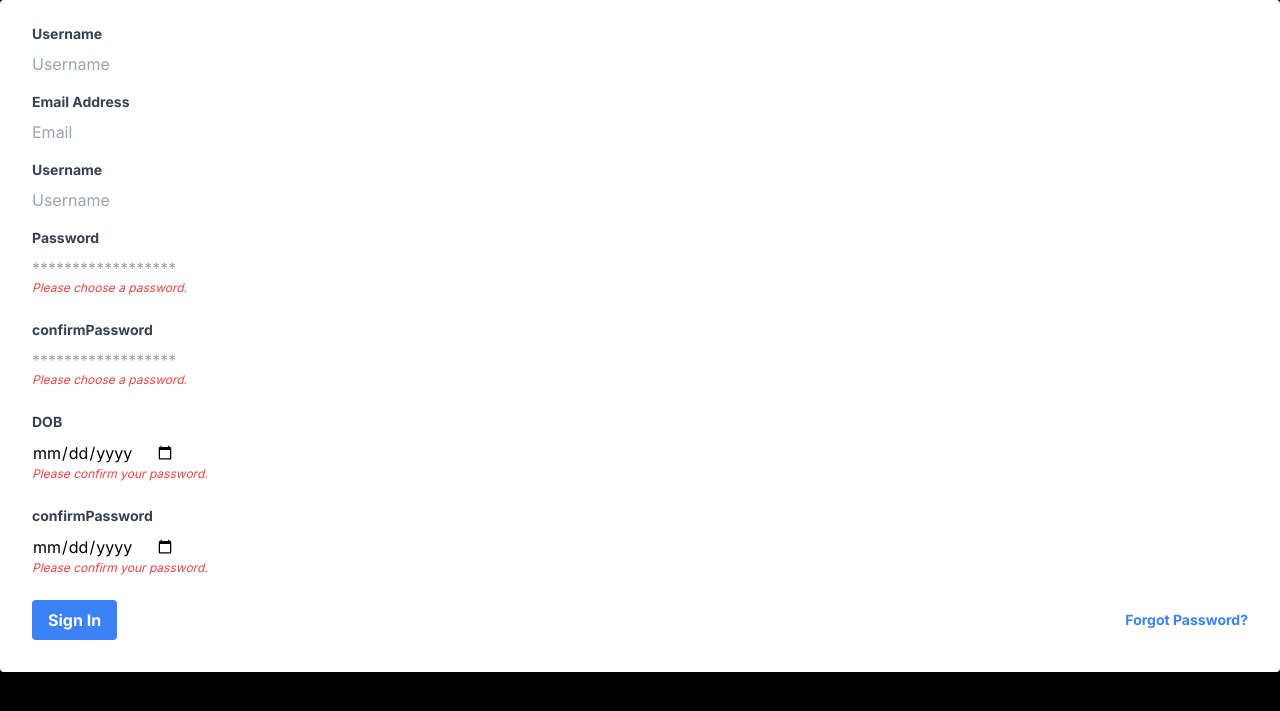
Repository: uh-sman/tiktok-card
Page: /
An editor plug-in stored every save of this project. The page is shown before and after the next save, followed by the edit.
The browser window is 1280 px wide. The pictures show the whole page.
The project was rebuilt for these pictures with package versions that can differ from the ones it lists, and the page was loaded fresh each time. The framework's server and built-in components were replaced by stand-ins that run in the browser. Also part of the build but not shown: next.config.js.

Above is the page before, as saved 2023-12-19 12:08:52.

### app/page.tsx
'use client'
import Input from "./components/Input";
import { FieldValues, SubmitHandler, useForm } from "react-hook-form";
export default function Home() {
  // const { register, handleSubmit, reset } = useForm<FieldValues>({
  //   defaultValues: {
  //     Username: "",
  //     email: '',
  //     password: '',
  //     confirmPassword: '',
  //     DateOfBirth: '',
  //     Bio: '',
  //     gender: '',
  //     termsAndConditions: ''
  //   }
  // })

  // const onSubmit: SubmitHandler<FieldValues> = () => {

  // }

  return (
    <div className="bg-black h-screen w-screen">
      {/* <div className="flex justify-center"> */}
      <div className="flex justify-center  w-full flex-col">
      <form className="bg-white shadow-md rounded px-8 pt-6 pb-8 mb-4">
    <div className="mb-4">
      <label className="block text-gray-700 text-sm font-bold mb-2" htmlFor="username">
        Username
      </label>
      <Input onChange={() => {}} className="shadow appearance-none border rounded w-full py-2 px-3 text-gray-700 leading-tight focus:outline-none focus:shadow-outline" id="username" type="text" placeholder="Username" />
    </div>
    <div className="mb-4">
      <label className="block text-gray-700 text-sm font-bold mb-2" htmlFor="username">
        Email Address
      </label>
      <Input onChange={() => {}} className="shadow appearance-none border rounded w-full py-2 px-3 text-gray-700 leading-tight focus:outline-none focus:shadow-outline" id="email" type="email" placeholder="Email" />
    </div>
    <div className="mb-4">
      <label className="block text-gray-700 text-sm font-bold mb-2" htmlFor="username">
        Username
      </label>
      <Input onChange={() => {}} className="shadow appearance-none border rounded w-full py-2 px-3 text-gray-700 leading-tight focus:outline-none focus:shadow-outline" id="username" type="text" placeholder="Username" />
    </div>
    <div className="mb-6">
      <label className="block text-gray-700 text-sm font-bold mb-2" htmlFor="password">
        Password
      </label>
      <Input onChange={() => {}} className="shadow appearance-none border border-red-500 rounded w-full py-2 px-3 text-gray-700 mb-3 leading-tight focus:outline-none focus:shadow-outline" id="password" type="password" placeholder="******************" />
      <p className="text-red-500 text-xs italic">Please choose a password.</p>
    </div>
    <div className="mb-6">
      <label className="block text-gray-700 text-sm font-bold mb-2" htmlFor="password">
        confirmPassword
      </label>
      <Input onChange={() => {}} className="shadow appearance-none border border-red-500 rounded w-full py-2 px-3 text-gray-700 mb-3 leading-tight focus:outline-none focus:shadow-outline" id="confirmPassword" type="password" placeholder="******************" />
      <p className="text-red-500 text-xs italic">Please choose a password.</p>
    </div>
    <div className="mb-6">
      <label className="block text-gray-700 text-sm font-bold mb-2" htmlFor="password">
        DOB
      </label>
      <Input onChange={() => {}} className="shadow appearance-none border border-red-500 rounded w-full py-2 px-3 text-gray-700 mb-3 leading-tight focus:outline-none focus:shadow-outline" id="DateOfBirth" type="date" placeholder="DOB" />
      <p className="text-red-500 text-xs italic">Please confirm your password.</p>
    </div>
    <div className="mb-6">
      <label className="block text-gray-700 text-sm font-bold mb-2" htmlFor="password">
        confirmPassword
      </label>
      <Input onChange={() => {}} className="shadow appearance-none border border-red-500 rounded w-full py-2 px-3 text-gray-700 mb-3 leading-tight focus:outline-none focus:shadow-outline" id="DateOfBirth" type="date" placeholder="DOB" />
      <p className="text-red-500 text-xs italic">Please confirm your password.</p>
    </div>
    <div className="flex items-center justify-between">
      <button className="bg-blue-500 hover:bg-blue-700 text-white font-bold py-2 px-4 rounded focus:outline-none focus:shadow-outline" type="button">
        Sign In
      </button>
      <a className="inline-block align-baseline font-bold text-sm text-blue-500 hover:text-blue-800" href="#">
        Forgot Password?
      </a>
    </div>
  </form>

      </div>
      {/* </div> */}
    </div>
  );
}



{/* <form class="max-w-sm mx-auto">
  <div class="mb-5">
    <label for="email" class="block mb-2 text-sm font-medium text-gray-900 dark:text-white">Your email</label>
    <input type="email" id="email" class="bg-gray-50 border border-gray-300 text-gray-900 text-sm rounded-lg focus:ring-blue-500 focus:border-blue-500 block w-full p-2.5 dark:bg-gray-700 dark:border-gray-600 dark:placeholder-gray-400 dark:text-white dark:focus:ring-blue-500 dark:focus:border-blue-500" placeholder="name@flowbite.com" required>
  </div>
  <div class="mb-5">
    <label for="password" class="block mb-2 text-sm font-medium text-gray-900 dark:text-white">Your password</label>
    <input type="password" id="password" class="bg-gray-50 border border-gray-300 text-gray-900 text-sm rounded-lg focus:ring-blue-500 focus:border-blue-500 block w-full p-2.5 dark:bg-gray-700 dark:border-gray-600 dark:placeholder-gray-400 dark:text-white dark:focus:ring-blue-500 dark:focus:border-blue-500" required>
  </div>
  <div class="flex items-start mb-5">
    <div class="flex items-center h-5">
      <input id="remember" type="checkbox" value="" class="w-4 h-4 border border-gray-300 rounded bg-gray-50 focus:ring-3 focus:ring-blue-300 dark:bg-gray-700 dark:border-gray-600 dark:focus:ring-blue-600 dark:ring-offset-gray-800 dark:focus:ring-offset-gray-800" required>
    </div>
    <label for="remember" class="ms-2 text-sm font-medium text-gray-900 dark:text-gray-300">Remember me</label>
  </div>
  <button type="submit" class="text-white bg-blue-700 hover:bg-blue-800 focus:ring-4 focus:outline-none focus:ring-blue-300 font-medium rounded-lg text-sm w-full sm:w-auto px-5 py-2.5 text-center dark:bg-blue-600 dark:hover:bg-blue-700 dark:focus:ring-blue-800">Submit</button>
</form> */}

### app/components/Input.tsx

type InputType = "text" | "password" | "file" | "email" | 'date'

interface InputProps {
    id: string;
    className: string;
    placeholder: string;
    type: InputType;
    onChange: (value: string, file?: File ) => void;
}

const Input: React.FC<InputProps> = ({
    id,
    className,
    placeholder,
    type,
    onChange
}) => {
    const handleChange = (event: React.ChangeEvent<HTMLInputElement>) => {
        const { value, files } = event.target;
        if (type === 'file' && files) {
            onChange(value, files[0]);
        } else {
            onChange(value);
        }
    };

    return (
        <input
            id={id}
            className=''
            placeholder={placeholder}
            type={type}
            onChange={handleChange}
        />
    );
};


export default Input;

Loaded but not shown: app/layout.tsx (common file); app/globals.css (common file); tailwind.config.ts (common file)

After the next save:
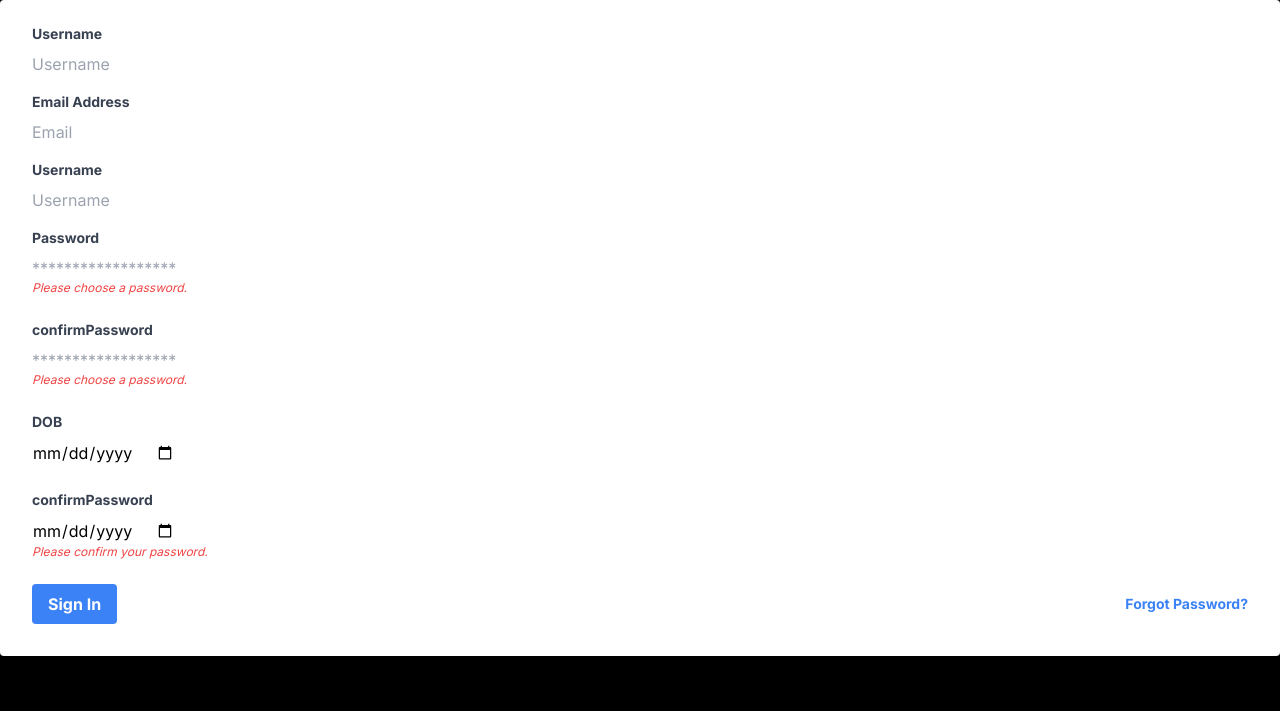
Saved 21 s later.
--- a/app/page.tsx
+++ b/app/page.tsx
@@ -61,7 +61,7 @@ export default function Home() {
         DOB
       </label>
       <Input onChange={() => {}} className="shadow appearance-none border border-red-500 rounded w-full py-2 px-3 text-gray-700 mb-3 leading-tight focus:outline-none focus:shadow-outline" id="DateOfBirth" type="date" placeholder="DOB" />
-      <p className="text-red-500 text-xs italic">Please confirm your password.</p>
+      {/* <p className="text-red-500 text-xs italic">Please confirm your password.</p> */}
     </div>
     <div className="mb-6">
       <label className="block text-gray-700 text-sm font-bold mb-2" htmlFor="password">
